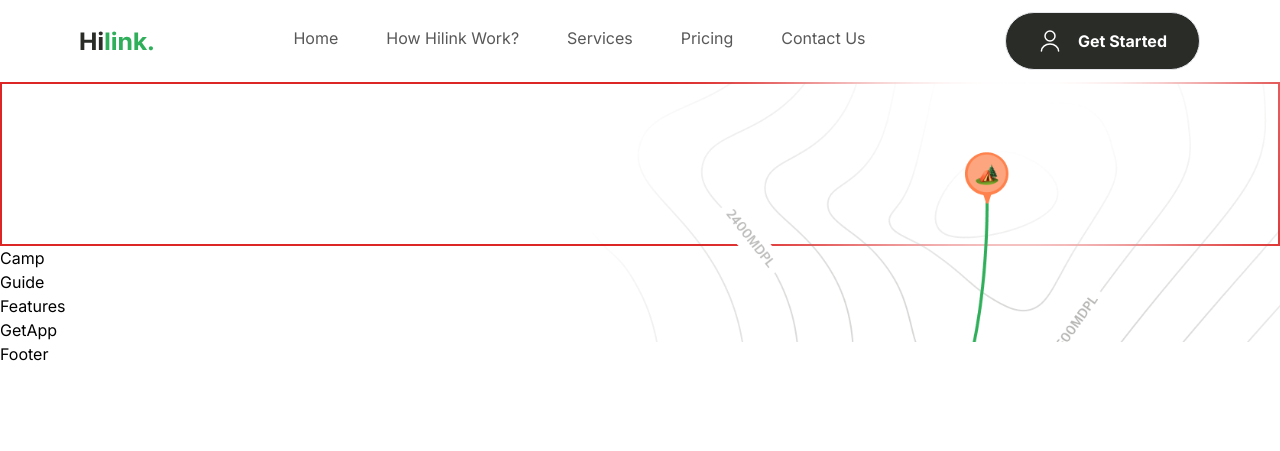
Repository: martin-raphael/travel_agency
Page: /
The author's editor kept a copy of each file at every save. The page is drawn from the files as they stood at one save, then again after the next save.
The browser window is 1280 px wide. The pictures show the whole page.
The project was rebuilt for these pictures with package versions that can differ from the ones it lists, and the page was loaded fresh each time. The framework's server and built-in components were replaced by stand-ins that run in the browser. Also part of the build but not shown: next.config.mjs.

Above is the page before, as saved 2024-08-08 18:04:29.

### app/layout.tsx
import type { Metadata } from "next";
import Navbar from "@/components/Navbar";
import Footer from "@/components/Footer";
import "./globals.css";

export const metadata: Metadata = {
  title: "Travel App",
  description: "Beauty of Nature",
};

export default function RootLayout({
  children,
}: Readonly<{
  children: React.ReactNode;
}>) {
  return (
    <html lang="en">
      <body>
        <Navbar />
        <main className="relative overflow-hidden">{children}</main>
        <Footer />
      </body>
    </html>
  );
}

### components/Navbar.tsx
import { NAV_LINKS } from "@/constants";
import Image from "next/image";
import Link from "next/link";
import React from "react";
import Button from "./Button";

const Navbar = () => {
  return (
    <nav className=" flexBetween max-container padding-container relative z-30 py-3">
      <Link href="/">
        <Image src="/hilink-logo.svg" alt="logo" width={74} height={29} />
      </Link>
      <ul className="hidden h-full gap-12 lg:flex">
        {NAV_LINKS.map((link) => (
          <Link
            href={link.href}
            key={link.key}
            className="regular-16 text-gray-50 flexCenter cursor-pointer pb-1.5 transition-all hover:font-bold"
          >
            {link.label}
          </Link>
        ))}
      </ul>

      <div className=" lg:flexCenter hidden">
        <Button
          type="button"
          title="Get Started"
          icon="/user.svg"
          variant="btn_dark_green"
        />
      </div>
      <Image
        src="menu.svg"
        alt="menu"
        width={32}
        height={32}
        className="inline-block cursor-pointer lg:hidden"
      />
    </nav>
  );
};

export default Navbar;

### components/Hero.tsx
import React from "react";

const Hero = () => {
  return (
    <section className=" max-container padding-container flex
    flex-col gap-20 lg:py-20 py-10 pb-32 md:gap-28 xl:flex-row
    border-2 border-red-600">
      <div className="hero-map"/>
    </section>
  );
};

export default Hero;

### components/Button.tsx
import Image from "next/image";

type ButtonProps = {
  type: "button" | "submit";
  title: string;
  icon?: string;
  variant?: string;
  full?:boolean;
};

const Button = ({ type, title, icon, variant, full }: ButtonProps) => {
  return (
    <button
      className={`flexCenter gap-4 rounded-full border ${variant} ${full && 'w-full'}`}
      type={type}
    >
      {icon && <Image src={icon} alt={title} width={24} height={24} />}
      <label className=" bold-16 whitespace-nowrap cursor-pointer">{title}</label>
    </button>
  );
};

export default Button;

Loaded but not shown: app/page.tsx (common file); components/Footer.tsx (common file); app/globals.css (common file); components/Camp.tsx (common file); components/Features.tsx (common file); components/GetApp.tsx (common file); components/Guide.tsx (common file); constants/index.ts (common file); tailwind.config.ts (common file)

After the next save:
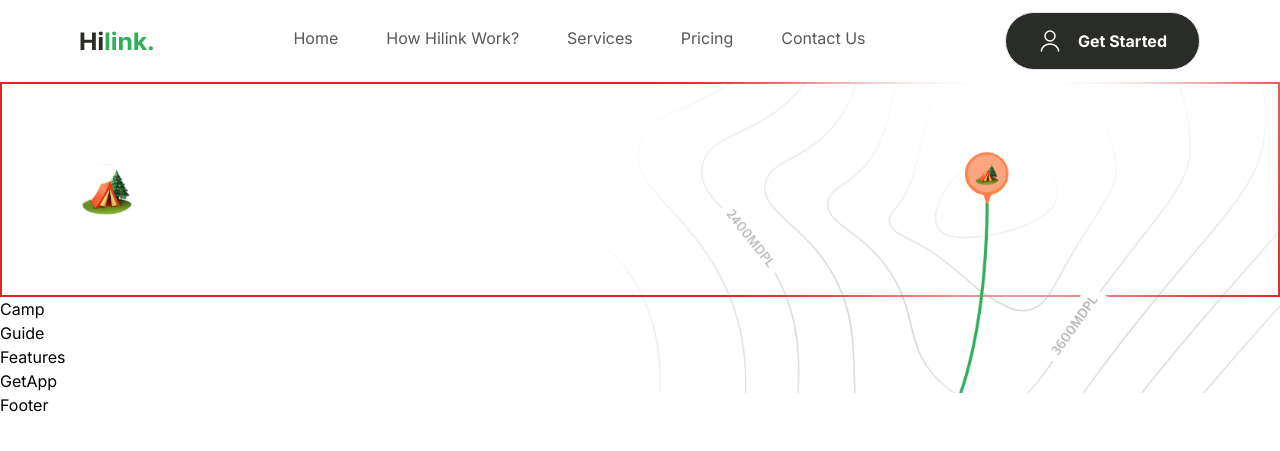
Saved 3 min 32 s later.
--- a/components/Hero.tsx
+++ b/components/Hero.tsx
@@ -1,3 +1,4 @@
+import Image from "next/image";
 import React from "react";
 
 const Hero = () => {
@@ -6,6 +7,13 @@ const Hero = () => {
     flex-col gap-20 lg:py-20 py-10 pb-32 md:gap-28 xl:flex-row
     border-2 border-red-600">
       <div className="hero-map"/>
+
+      {/* LEFT SIDE-*/}
+
+      <div className="relative z-20 flex flex-1 flex-col xl:w-1/2">
+      <Image src='/camp.svg' alt="camp" width={50} height={50} />
+
+      </div>
     </section>
   );
 };
